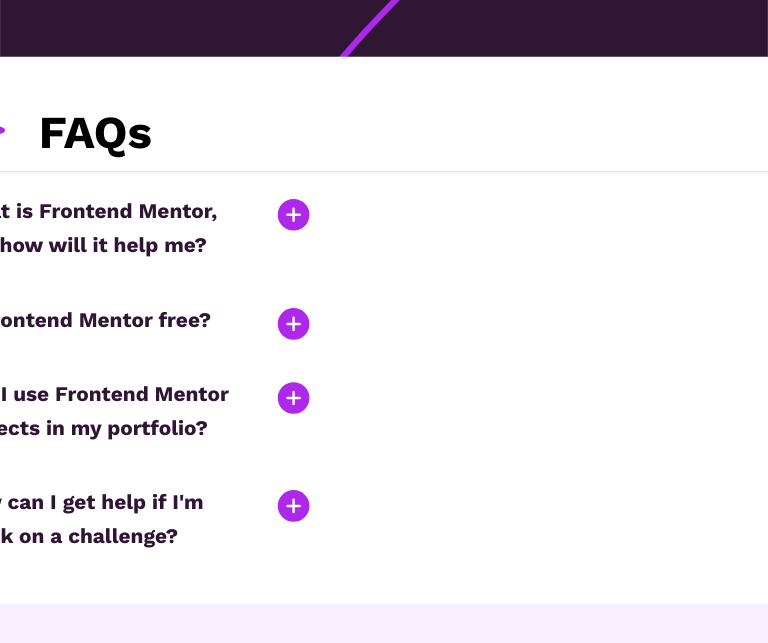
Repository: imokha01/accordion-main
Page: index.html
These files come from the project's save history. The page is drawn as it stood at one moment and after a run of saves; the edit follows.
The browser window is 768 px wide. The pictures show the whole page.

Above is the page before, as saved 2023-12-28 00:07:40.

### index.html
<!DOCTYPE html>
<html lang="en">
  <head>
    <meta charset="UTF-8" />
    <meta name="viewport" content="width=device-width, initial-scale=1.0" />
    <!-- displays site properly based on user's device -->
    <link rel="stylesheet" href="./index.css">
    <link
      rel="stylesheet"
      href="https://cdnjs.cloudflare.com/ajax/libs/font-awesome/6.5.1/css/all.min.css"
      integrity="sha512-DTOQO9RWCH3ppGqcWaEA1BIZOC6xxalwEsw9c2QQeAIftl+Vegovlnee1c9QX4TctnWMn13TZye+giMm8e2LwA=="
      crossorigin="anonymous"
      referrerpolicy="no-referrer"
    />
    <link
      rel="icon"
      type="image/png"
      sizes="32x32"
      href="./assets/images/favicon-32x32.png"
    />
    <link rel="preconnect" href="https://fonts.googleapis.com" />
    <link rel="preconnect" href="https://fonts.gstatic.com" crossorigin />
    <link
      href="https://fonts.googleapis.com/css2?family=Work+Sans:wght@400;600;700&display=swap"
      rel="stylesheet"
    />
    <title>Frontend Mentor | FAQ accordion</title>
    <!-- Feel free to remove these styles or customise in your own stylesheet 👍 -->
    <style>
      .attribution {
        font-size: 11px;
        text-align: center;
        margin-top: 1rem;
      }
      .attribution a {
        color: hsl(228, 45%, 44%);
      }
    </style>
  </head>
  <body>
    <div class="container">
      <div class="wrapper">
        <!-- first div content -->
        <main>
          <div id="header">
            <img src="./assets/images/icon-star.svg" alt="star-icon">
            <p id="headerpara">FAQs</p>
          </div>
          <hr>
          <div class="Div" id="div1">
            <div class="title">
              <p class="question">What is Frontend Mentor, and how will it help me?</p>
            </div>
            <div class="para">
              <p id="para1">
                Frontend Mentor offers realistic coding challenges to help developers
                improve their frontend coding skills with projects in HTML, CSS, and
                JavaScript. It's suitable for all levels and ideal for portfolio
                building.
              </p>
            </div>
          </div>
          <!-- second div content -->
          <div class="Div" id="div2">
            <div class="title">
              <p class="question">Is Frontend Mentor free?</p>
            </div>
            <div class="para">
              <p id="para2">
                Yes, Frontend Mentor offers both free and premium coding challenges,
                with the free option providing access to a range of projects suitable
                for all skill levels.
              </p>
            </div>
          </div>
          <!-- third div content -->
          <div class="Div" id="div3">
            <div class="title">
              <p class="question">Can I use Frontend Mentor projects in my portfolio?</p>
            </div>
            <div class="para">
              <p id="para3">
                Yes, you can use projects completed on Frontend Mentor in your
                portfolio. It's an excellent way to showcase your skills to potential
                employers!
              </p>
            </div>
          </div>
          <!-- fourth div content -->
          <div class="Div" id="div4">
            <div class="title">
              <p class="question">How can I get help if I'm stuck on a challenge?</p>
            </div>
            <div class="para">
              <p id="para4">
                The best place to get help is inside Frontend Mentor's Discord
                community. There's a help channel where you can ask questions and seek
                support from other community members.
              </p>
            </div>
          </div>
        </main>
        <!-- footer div -->
        <div class="attribution">
          Challenge by
          <a href="https://www.frontendmentor.io?ref=challenge" target="_blank"
            >Frontend Mentor</a
          >. Coded by <a href="#">Ahmed Wahab</a>.
        </div>
      </div>
    </div>
    <script src="./index.js"></script>
  </body>
</html>

### index.css
:root {
    --White: hsl(0, 0%, 100%);
    --lightPink: hsl(275, 100%, 97%);
    --grayishPurple: hsl(292, 16%, 49%);
    --darkPurple:  hsl(292, 42%, 14%);
    --workSans: 'Work Sans', sans-serif;
}

* {
    margin: 0;
    padding:0;
    box-sizing: border-box;
}

body {
    font-size: 16px;
    font-family: var(--workSans);
    background-color: var(--lightPink);
    position: relative;
    line-height: 1.6;
}

.container  {
    background-image: url("./assets/images/background-pattern-desktop.svg");
    background-repeat: no-repeat;
    background-size: contain;
    display: flex;
    flex-direction: column;
    justify-content: center;
    align-items: center;
    overflow: hidden;
}

hr {
    background-color: var(--lightPink);
    margin-top: .7rem;
    opacity: 0.3;
}

.wrapper {
    width: 35rem;
    padding: 1.5rem;
    left: 30rem;
    border-radius: 10px;
    transition: height 0.5s ease-in 1ms;
}

main  {
    background-color: #fff;
    border-radius: 10px;
    padding: inherit;
    width: inherit;
    overflow: hidden;
    margin-top: 18em;
    transition: height 0.5s ease-in 1ms;
    overflow: hidden;
    transform: scale(1.3);
    scrollbar-gutter: none ;
}

#headerpara {
    font-size: 2.5rem;
    font-weight: 700;
    margin : -.6rem 1.5rem;

}

#header > img{
    padding-left: 2rem;
}

div#header {
    display: flex;
    flex-direction: row;
    justify-content: flex-start;
    align-items: flex-start;
    width: 10rem;
    margin-top: 1rem;
}

.Div {
    display: flex;
    flex-direction: column;
    justify-content: space-between ;
    padding: 1rem .5rem;
    height: fit-content;
    transition: height 0.5s ease-in;

}

.title {
    display: flex;;
    justify-content: space-between;
}

.Div div  img {
    cursor: pointer;
}

.title p {
    font-weight: 700;
    color: var(--darkPurple);
    cursor: pointer;
}

.para {
    color: var(--grayishPurple);
    margin-top: 1.2rem;
    transition: height 0.5s ease-in 1s;
    overflow: hidden;
    display: none;
}

.title{
    position: relative;
    width: 90%;

}

.title p:hover {
    color: #AD2AEB;
}

.title::after{
    content:  url(./assets/images/icon-plus.svg);
    position: absolute;
    right: -40px;
}

.active::after{
    content: url(./assets/images/icon-minus.svg);
    right: -40px;

}

.active, .question:hover {
    content: "";
}

@media (max-width: 768px){
    .container {
        background-image: url(./assets/images/background-pattern-mobile.svg);
        margin: 0;
    }
    main {
        t
    }
    .wrapper, main {
        width: 100%;
        margin: 3rem -.1rem ;
    }

    .title {
        width: 14rem;
    }

    .title::after,
    .active::after {
        right: -3.2rem;
    }


    .para {
        font-size: .85rem;
    }

    #header > img{
        padding-left: 1rem;
        width: 3rem;
    }

    #headerpara {
        font-size: 2.2rem;
        font-weight: 700;


    }

}

### index.js
// const answer = document.getElementsByClassName("para");
const question = document.getElementsByClassName("title");

for (let i = 0; i < question.length; i++ ) {
    question[i].addEventListener("click", function(){
        this.classList.toggle("active");
        let active = this.addEventListener.nextElementSibling;
        let para = this.nextElementSibling;
        if(para.style.display === "block"){
            para.style.display = "none";
        } else {
            para.style.display = "block";
        }
    });
}





// var acc = document.getElementsByClassName("accordion");
// var i;

// for (i = 0; i < acc.length; i++) {
//   acc[i].addEventListener("click", function() {
//     /* Toggle between adding and removing the "active" class,
//     to highlight the button that controls the panel */
//     this.classList.toggle("active");

//     /* Toggle between hiding and showing the active panel */
//     var panel = this.nextElementSibling;
//     if (panel.style.display === "block") {
//       panel.style.display = "none";
//     } else {
//       panel.style.display = "block";
//     }
//   });
// }

After the next 4 saves:
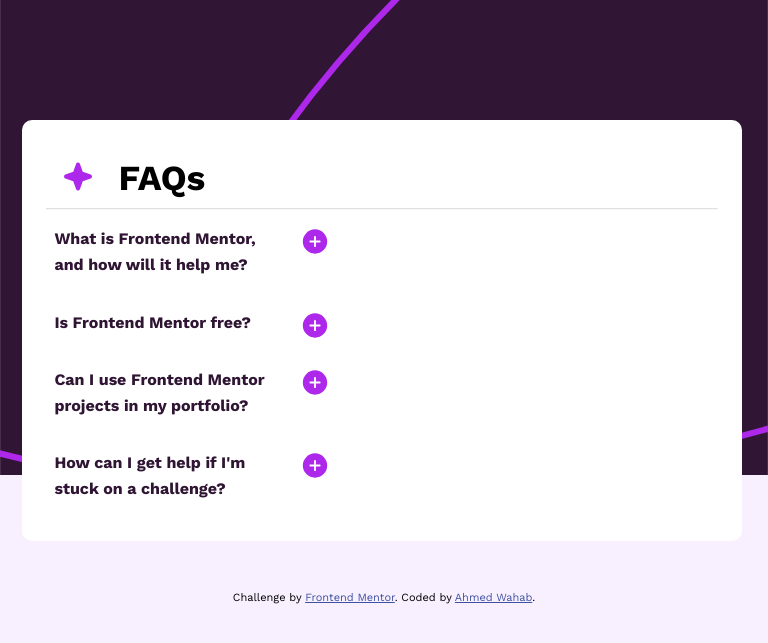
The 4 saves are shown as one change because they came seconds apart.
The last was saved 13 s later.
--- a/index.css
+++ b/index.css
@@ -143,7 +143,7 @@
         margin: 0;
     }
     main {
-        t
+        transform: scale(1);
     }
     .wrapper, main {
         width: 100%;
